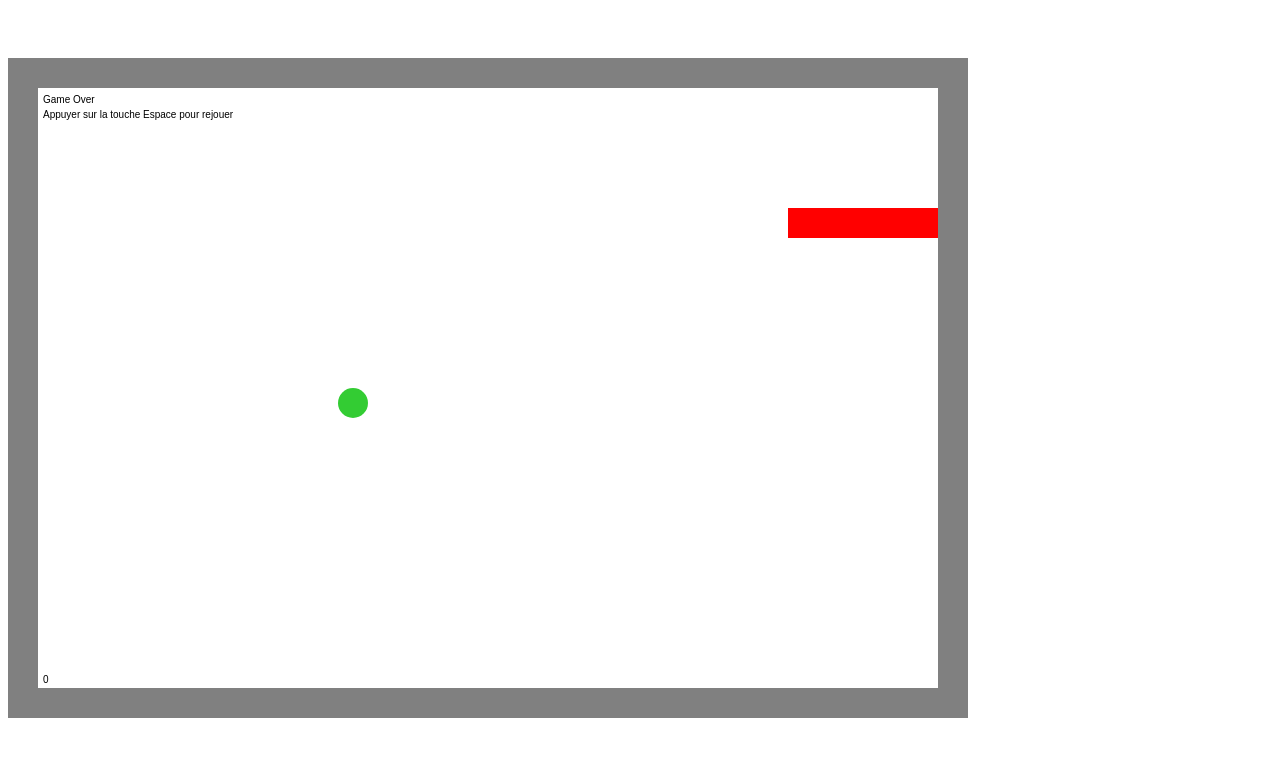
Repository: 0Memo/serpent
Page: index.html
The author's editor kept a copy of each file at every save. The page is drawn from the files as they stood at one save, then again after the next save.
The browser window is 1280 px wide. The pictures show the whole page.

Above is the page before, as saved 2020-12-16 22:09:19.

After the next save:
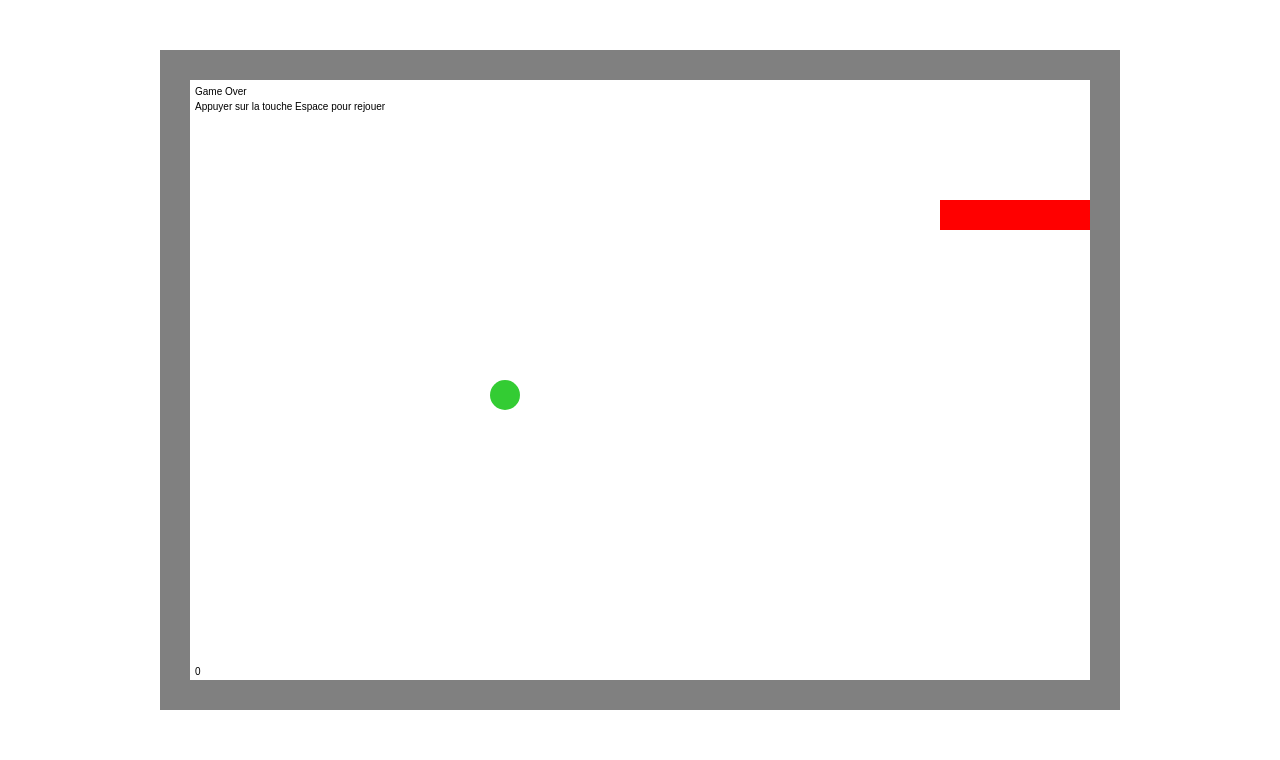
Saved 21 s later.
--- a/js/script.js
+++ b/js/script.js
@@ -18,6 +18,7 @@ window.onload = function(){
         canvas.height = canvasHeight;
         canvas.style.border = "30px solid gray";
         canvas.style.margin = "50px auto";
+        canvas.style.display = "block";
         document.body.appendChild(canvas);
         ctx = canvas.getContext('2d');
         snakey = new snake([[6,4], [5,4], [4,4], [3,4], [2, 4]], "right");
